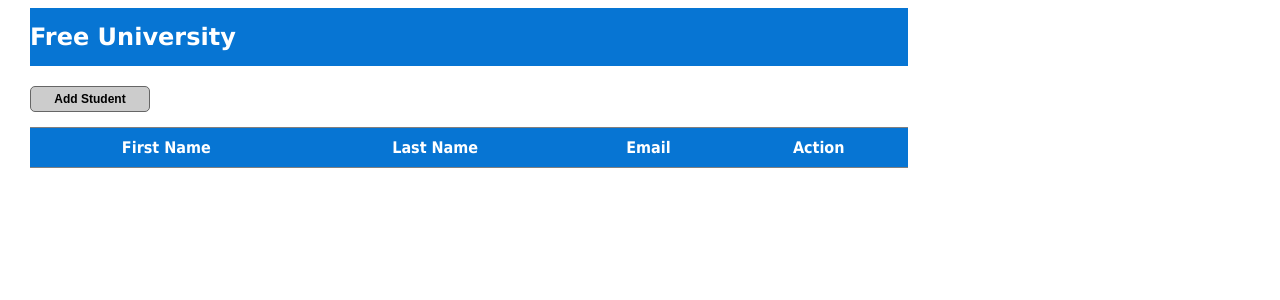
Repository: Vijay-Ky/JavaFSD-DSU
Page: http://localhost/Web-Student-Tracker/StudentControllerServlet
These files come from the project's save history. The page is drawn as it stood at one moment and after the next save; the edit follows.
The browser window is 1280 px wide. The pictures show the whole page.
The page is served by Tomcat 9. Queries for data that is not in the repository find no rows.

Above is the page before, as saved 2021-06-10 12:16:04.

After the next save:
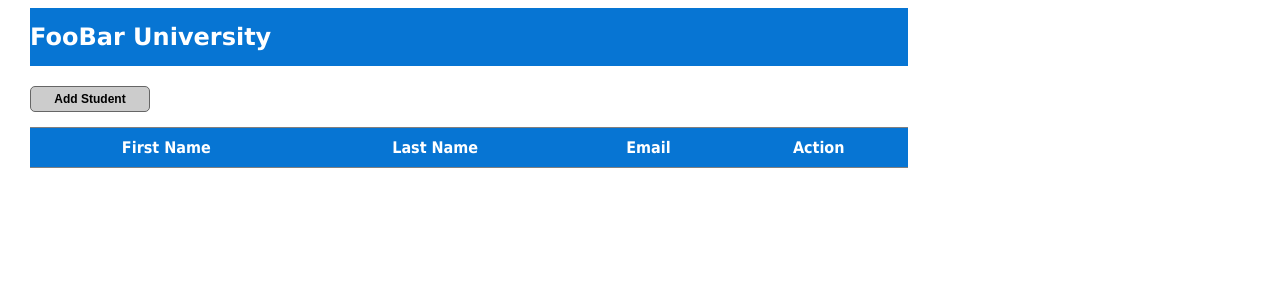
Saved 69 s later.
--- a/projects/DatabaseAppJDBC,Servlet,JSP/Web-Student-Tracker/WebContent/list-students.jsp
+++ b/projects/DatabaseAppJDBC,Servlet,JSP/Web-Student-Tracker/WebContent/list-students.jsp
@@ -5,23 +5,16 @@
 <html>
 
 <head>
-
 	<title>Student Tracker App</title>
 
-	<link rel="stylesheet" href="css/style.css">
+	<link type="text/css" rel="stylesheet" href="css/style.css">
 </head>
-
-<%
-	// get the students from the request object (sent by servlet)
-	List<Student> theStudents =
-					(List<Student>) request.getAttribute("STUDENT_LIST");
-%>
 
 <body>
 
 	<div id="wrapper">
 		<div id="header">
-			<h2>Free University</h2>
+			<h2>FooBar University</h2>
 		</div>
 	</div>
 
@@ -29,13 +22,12 @@
 
 		<div id="content">
 
-		<!-- put new button: Add Student -->
+			<!-- put new button: Add Student -->
 
 			<input type="button" value="Add Student"
 				   onclick="window.location.href='add-student-form.jsp'; return false;"
 				   class="add-student-button"
 			/>
-
 
 			<table>
 
@@ -45,7 +37,8 @@
 					<th>Email</th>
 					<th>Action</th>
 				</tr>
-				<c:forEach var="tempStudent" items="${STUDENT_LIST}"/>
+
+				<c:forEach var="tempStudent" items="${STUDENT_LIST}">
 
 					<!-- set up a link for each student -->
 					<c:url var="tempLink" value="StudentControllerServlet">
@@ -53,15 +46,16 @@
 						<c:param name="studentId" value="${tempStudent.id}" />
 					</c:url>
 
-				<% for (Student tempStudent : theStudents) { %>
-
 					<tr>
-						<td> <%= tempStudent.getFirstName() %> </td>
-						<td> <%= tempStudent.getLastName() %> </td>
-						<td> <%= tempStudent.getEmail() %> </td>
+						<td> ${tempStudent.firstName} </td>
+						<td> ${tempStudent.lastName} </td>
+						<td> ${tempStudent.email} </td>
+						<td>
+							<a href="${tempLink}">Update</a>
+						</td>
 					</tr>
 
-				<% } %>
+				</c:forEach>
 
 			</table>
 
